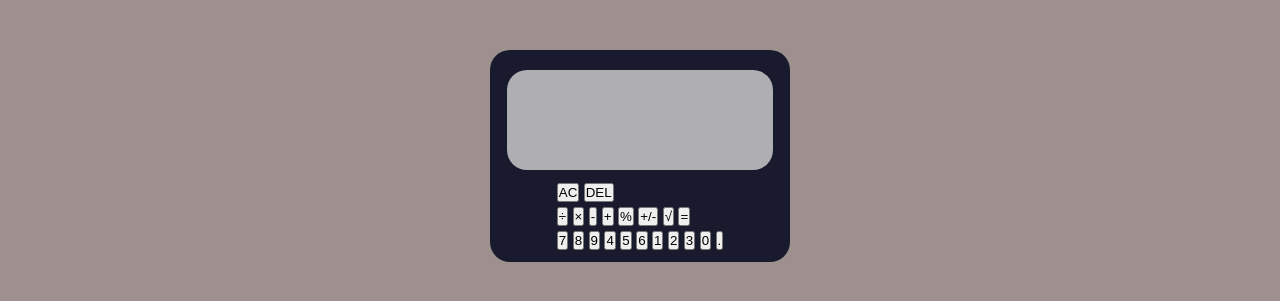
Repository: MikkyPrestige/js-calculator
Page: index.html
These files come from the project's save history. The page is drawn as it stood at one moment and after the next save; the edit follows.
The browser window is 1280 px wide. The pictures show the whole page.

Above is the page before, as saved 2023-05-08 01:08:20.

### index.html
<!DOCTYPE html>
<html lang="en">

<head>
  <meta charset="UTF-8">
  <meta http-equiv="X-UA-Compatible" content="IE=edge">
  <meta name="viewport" content="width=device-width, initial-scale=1.0">
  <title>JavaScript Calculator</title>
  <link rel="stylesheet" href="./index.css">
  <!-- <script src="script.js" defer></script> -->
</head>

<body>
  <main>
    <section class="calculator">
      <div class="output">
        <div class="output--curr"></div>
        <div class="output--prev"></div>
      </div>
      <div class="btns">
        <div class="btn--ctrls">
          <button class="btn btn--clear">AC</button>
          <button class="btn btn--del">DEL</button>
        </div>
        <div class="btn--ops">
          <button class="btn btn--op">÷</button>
          <button class="btn btn--op">×</button>
          <button class="btn btn--op">-</button>
          <button class="btn btn--op">+</button>
          <button class="btn btn--op">%</button>
          <button class="btn btn--op">+/-</button>
          <button class="btn btn--op">√</button>
          <button class="btn btn--op">=</button>
        </div>
        <div class="btn--nums">
          <button class="btn btn--num">7</button>
          <button class="btn btn--num">8</button>
          <button class="btn btn--num">9</button>
          <button class="btn btn--num">4</button>
          <button class="btn btn--num">5</button>
          <button class="btn btn--num">6</button>
          <button class="btn btn--num">1</button>
          <button class="btn btn--num">2</button>
          <button class="btn btn--num">3</button>
          <button class="btn btn--num">0</button>
          <button class="btn btn--num">.</button>
        </div>
      </div>
    </section>
  </main>
</body>

</html>

### index.css
*,
*::before,
*::after {
  box-sizing: border-box;
  margin: 0;
  padding: 0;
}

html {
  font-size: 62.5%;
}

body {
  font-family: 'Fira Sans', sans-serif;
  font-size: 1.6rem;
  font-weight: 400;
  line-height: 1.5;
  background: #9F9090;
  min-height: 100%;
  width: 100%;
}

main {
  background: rgba(26, 26, 46, 1);
  width: 100%;
  max-width: 30rem;
  height: 100%;
  margin: 5rem auto;
  padding: 1rem;
  border-radius: 2rem;
  -webkit-border-radius: 2rem;
  -moz-border-radius: 2rem;
  -ms-border-radius: 2rem;
  -o-border-radius: 2rem;
}

.calculator {
  display: flex;
  flex-direction: column;
  justify-content: space-between;
  align-items: center;
  width: 100%;
  height: 100%;
}

.output {
  background: #AFAFB3;
  width: 95%;
  height: 10rem;
  border-radius: 2rem;
  -webkit-border-radius: 2rem;
  -moz-border-radius: 2rem;
  -ms-border-radius: 2rem;
  -o-border-radius: 2rem;
  display: flex;
  flex-direction: column;
  justify-content: space-around;
  align-items: flex-end;
  padding: 1rem;
  margin: 1rem 0;
}

.output--curr {
  font-size: 2.5rem;
  font-weight: 700;
  color: #000;
  border-bottom: 0.2rem solid rgba(0, 0, 0, 0.2);
  padding-bottom: .5rem;
}

.output--prev {
  font-size: 1.5rem;
  font-weight: 400;
  color: rgba(0, 0, 0, 0.5);
}

After the next save:
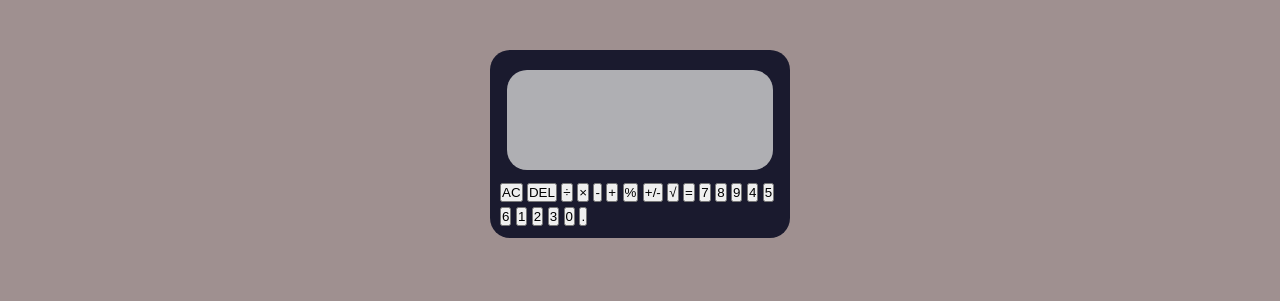
Saved 91 s later.
--- a/index.html
+++ b/index.html
@@ -18,11 +18,8 @@
         <div class="output--prev"></div>
       </div>
       <div class="btns">
-        <div class="btn--ctrls">
           <button class="btn btn--clear">AC</button>
           <button class="btn btn--del">DEL</button>
-        </div>
-        <div class="btn--ops">
           <button class="btn btn--op">÷</button>
           <button class="btn btn--op">×</button>
           <button class="btn btn--op">-</button>
@@ -31,8 +28,6 @@
           <button class="btn btn--op">+/-</button>
           <button class="btn btn--op">√</button>
           <button class="btn btn--op">=</button>
-        </div>
-        <div class="btn--nums">
           <button class="btn btn--num">7</button>
           <button class="btn btn--num">8</button>
           <button class="btn btn--num">9</button>
@@ -44,7 +39,6 @@
           <button class="btn btn--num">3</button>
           <button class="btn btn--num">0</button>
           <button class="btn btn--num">.</button>
-        </div>
       </div>
     </section>
   </main>
